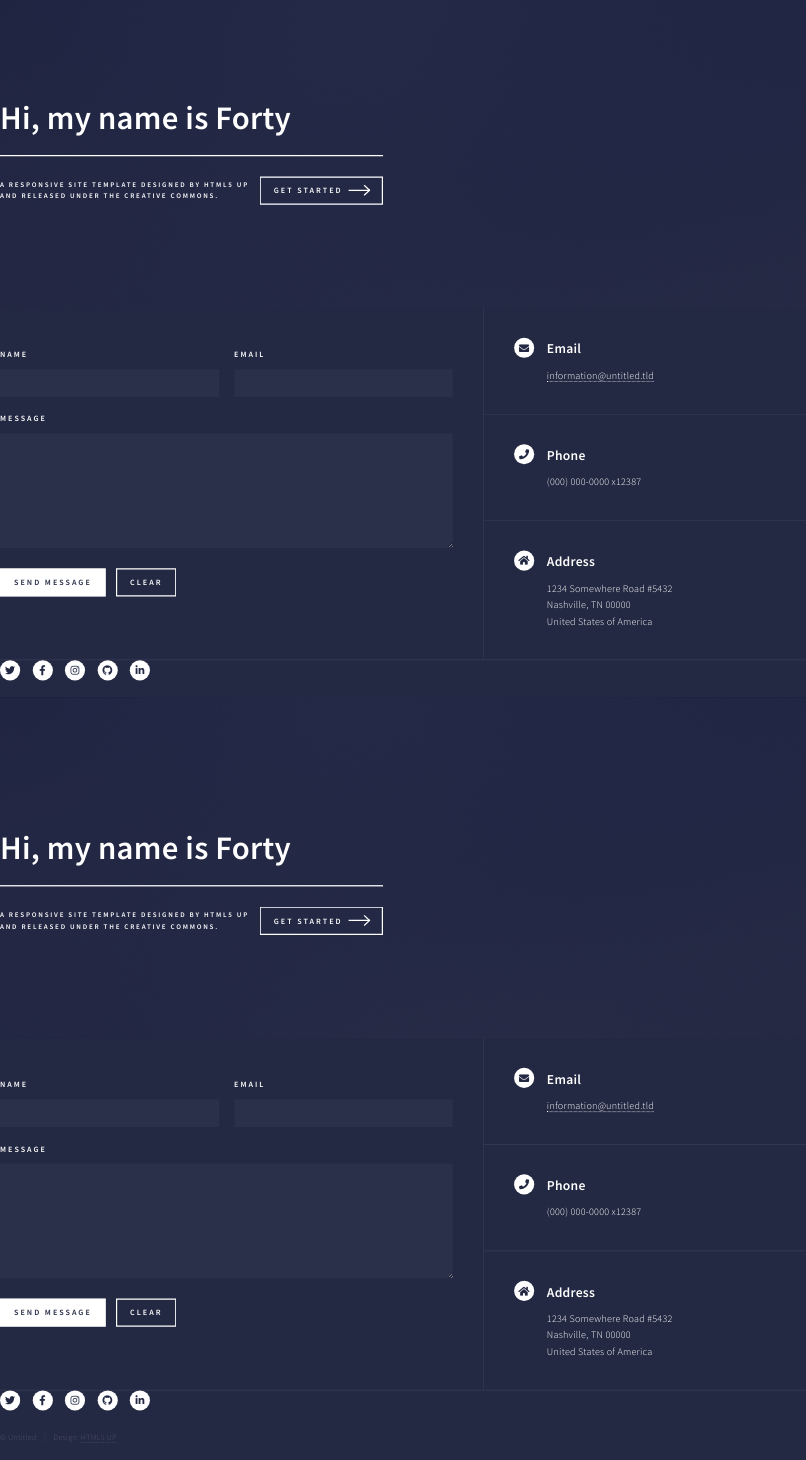
Repository: instructorc/node_app_ex_cweb2113sp21
Page: http://localhost/
The author's editor kept a record of every edit. The page is drawn from the files as they stood at one moment, then again after the next edit.
The browser window is 1280 px wide. The pictures show the whole page, at 63% of full size.
The page is served by the project's Node server (node_app/app.js). Other server files are loaded and not shown.

Above is the page before.

### node_app/views/layout.hbs
<!DOCTYPE html>
<html>
  <head>
    <title>{{title}}</title>
    <link rel='stylesheet' href='/stylesheets/style.css' />
  </head>
  <body>
    {{{body}}}
  </body>
</html>


<!DOCTYPE HTML>
<!--
	Forty by HTML5 UP
	html5up.net | @ajlkn
	Free for personal and commercial use under the CCA 3.0 license (html5up.net/license)
-->
<html>
	<head>
		<title>Forty by HTML5 UP</title>
		<meta charset="utf-8" />
		<meta name="viewport" content="width=device-width, initial-scale=1, user-scalable=no" />
		<link rel="stylesheet" href="assets/css/main.css" />
		<noscript><link rel="stylesheet" href="assets/css/noscript.css" /></noscript>
	</head>
	<body class="is-preload">
    {{{body}}}

		<!-- Scripts -->
			<script src="assets/js/jquery.min.js"></script>
			<script src="assets/js/jquery.scrolly.min.js"></script>
			<script src="assets/js/jquery.scrollex.min.js"></script>
			<script src="assets/js/browser.min.js"></script>
			<script src="assets/js/breakpoints.min.js"></script>
			<script src="assets/js/util.js"></script>
			<script src="assets/js/main.js"></script>

	</body>
</html>

### node_app/views/index.hbs



				<!-- Banner -->
					<section id="banner" class="major">
						<div class="inner">
							<header class="major">
								<h1>Hi, my name is Forty</h1>
							</header>
							<div class="content">
								<p>A responsive site template designed by HTML5 UP<br />
								and released under the Creative Commons.</p>
								<ul class="actions">
									<li><a href="#one" class="button next scrolly">Get Started</a></li>
								</ul>
							</div>
						</div>
					</section>

				<!-- Main -->
					<div id="main">



					</div>

				<!-- Contact -->
					<section id="contact">
						<div class="inner">
							<section>
								<form method="GET" action="https://kcmapjz874.execute-api.us-east-1.amazonaws.com/default/contactForm">
									<div class="fields">
										<div class="field half">
											<label for="name">Name</label>
											<input type="text" name="name" id="name" />
										</div>
										<div class="field half">
											<label for="email">Email</label>
											<input type="text" name="email" id="email" />
										</div>
										<div class="field">
											<label for="message">Message</label>
											<textarea name="message" id="message" rows="6"></textarea>
										</div>
									</div>
									<ul class="actions">
										<li><input type="submit" value="Send Message" class="primary" /></li>
										<li><input type="reset" value="Clear" /></li>
									</ul>
								</form>
							</section>
							<section class="split">
								<section>
									<div class="contact-method">
										<span class="icon solid alt fa-envelope"></span>
										<h3>Email</h3>
										<a href="#">information@untitled.tld</a>
									</div>
								</section>
								<section>
									<div class="contact-method">
										<span class="icon solid alt fa-phone"></span>
										<h3>Phone</h3>
										<span>(000) 000-0000 x12387</span>
									</div>
								</section>
								<section>
									<div class="contact-method">
										<span class="icon solid alt fa-home"></span>
										<h3>Address</h3>
										<span>1234 Somewhere Road #5432<br />
										Nashville, TN 00000<br />
										United States of America</span>
									</div>
								</section>
							</section>
						</div>
					</section>

				<!-- Footer -->
					<footer id="footer">
						<div class="inner">
							<ul class="icons">
								<li><a href="#" class="icon brands alt fa-twitter"><span class="label">Twitter</span></a></li>
								<li><a href="#" class="icon brands alt fa-facebook-f"><span class="label">Facebook</span></a></li>
								<li><a href="#" class="icon brands alt fa-instagram"><span class="label">Instagram</span></a></li>
								<li><a href="#" class="icon brands alt fa-github"><span class="label">GitHub</span></a></li>
								<li><a href="#" class="icon brands alt fa-linkedin-in"><span class="label">LinkedIn</span></a></li>
							</ul>
							<ul class="copyright">
								<li>&copy; Untitled</li><li>Design: <a href="https://html5up.net">HTML5 UP</a></li>
							</ul>
						</div>
					</footer>

Loaded but not shown: node_app/routes/index.js (common file); node_app/public/stylesheets/style.css (common file); assets/js/jquery.min.js (library); assets/js/jquery.scrolly.min.js (common file); assets/js/jquery.scrollex.min.js (common file); assets/js/browser.min.js (common file); assets/js/breakpoints.min.js (common file); assets/css/fontawesome-all.min.css (library); assets/js/util.js (587 lines, source omitted); assets/js/main.js (335 lines, source omitted); node_app/app.js (41 lines, source omitted); assets/css/main.css (3952 lines, source omitted)

After the next edit:
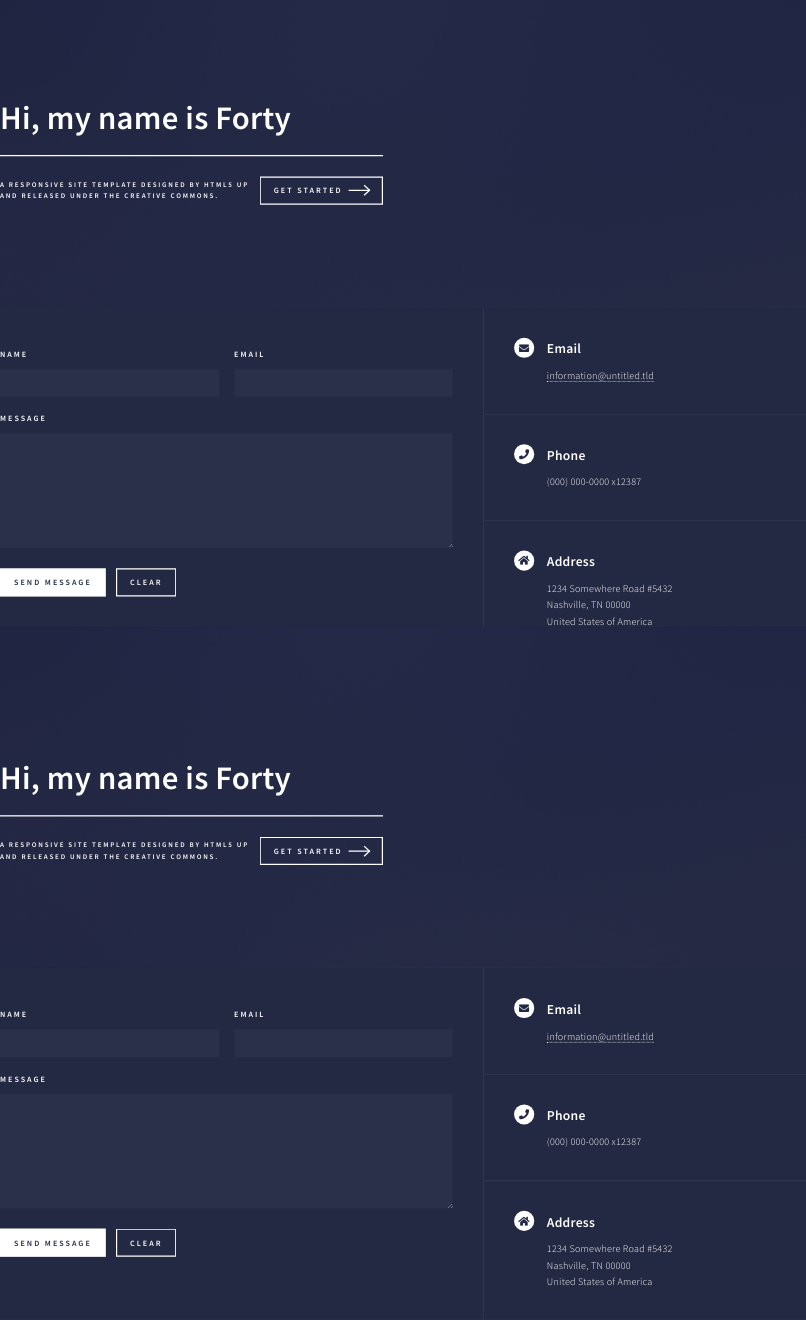
The edit:
--- a/node_app/views/index.hbs
+++ b/node_app/views/index.hbs
@@ -76,19 +76,3 @@
 							</section>
 						</div>
 					</section>
-
-				<!-- Footer -->
-					<footer id="footer">
-						<div class="inner">
-							<ul class="icons">
-								<li><a href="#" class="icon brands alt fa-twitter"><span class="label">Twitter</span></a></li>
-								<li><a href="#" class="icon brands alt fa-facebook-f"><span class="label">Facebook</span></a></li>
-								<li><a href="#" class="icon brands alt fa-instagram"><span class="label">Instagram</span></a></li>
-								<li><a href="#" class="icon brands alt fa-github"><span class="label">GitHub</span></a></li>
-								<li><a href="#" class="icon brands alt fa-linkedin-in"><span class="label">LinkedIn</span></a></li>
-							</ul>
-							<ul class="copyright">
-								<li>&copy; Untitled</li><li>Design: <a href="https://html5up.net">HTML5 UP</a></li>
-							</ul>
-						</div>
-					</footer>
